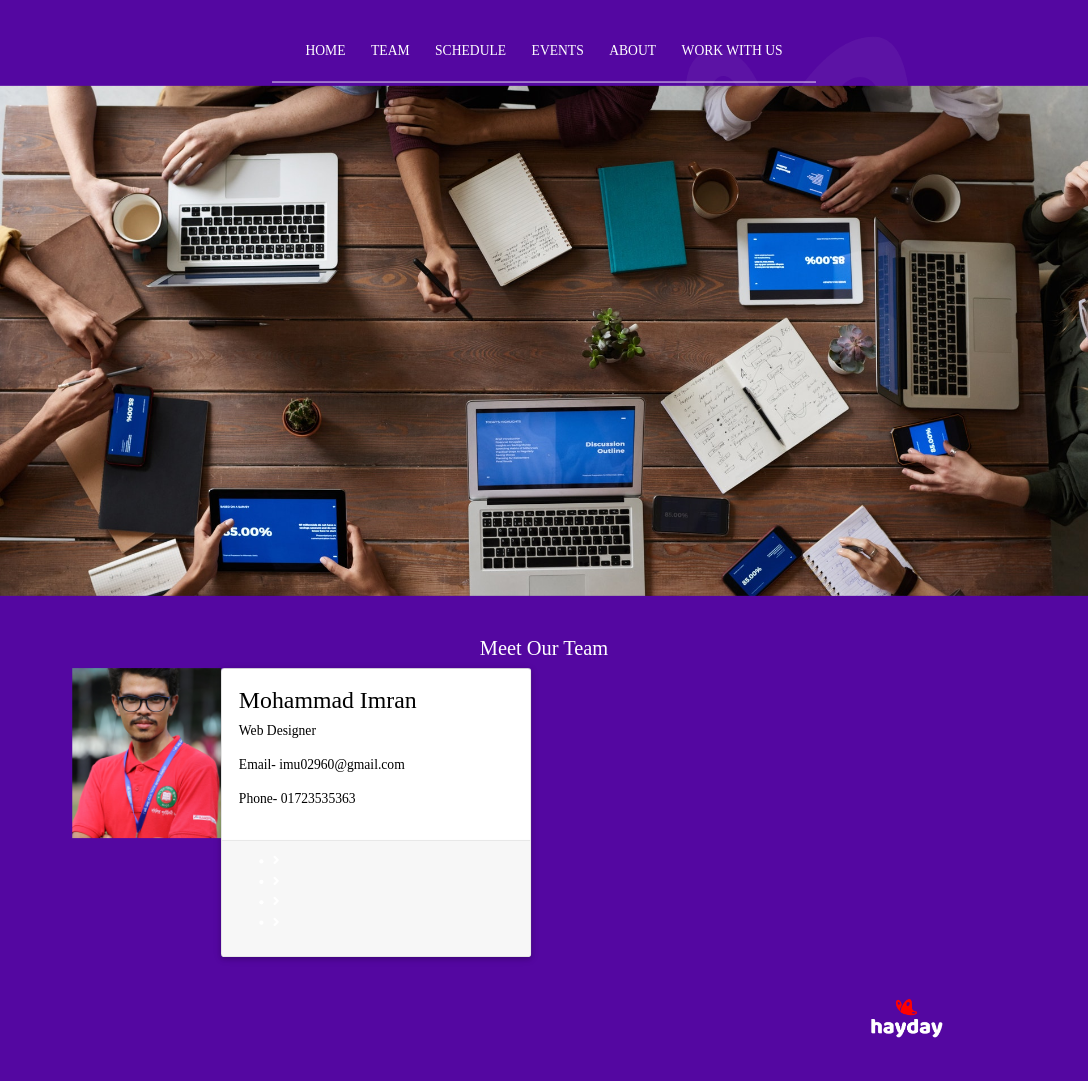
Repository: im1971/company-web
Page: team.html
These files come from the project's save history. The page is drawn as it stood at one moment and after the next save; the edit follows.
The browser window is 1280 px wide. The pictures show the whole page, at 85% of full size.
Some web fonts or font styles are not loaded; a fallback is used.

Above is the page before, as saved 2020-01-27 17:14:17.

### team.html
<!DOCTYPE html>
<html>

<head>
    <title>hayday</title>
    <link rel="shortcut icon" type="img/x-icon" href="img/fav.png" />
    <link rel="stylesheet" href="css/mdb.min.css">
    <link rel="stylesheet" href="css/bootstrap.min.css">
    <link rel="stylesheet" href="css/fontawesome.min.css">
    <link rel="stylesheet" href="css/all.min.css">
    <link rel="stylesheet" href="css/style.css">
    <!-- fonts -->
    <link href="https://fonts.googleapis.com/css?family=Baloo+Bhai&display=swap" rel="stylesheet">
    <!-- fonts -->

</head>

<body>

    <div class="wrap_hayday">
        <div class="back_img"></div>
        <div class="container-fluid">
            <div class="row justify-content-center pb-1">
                <div class="col-md-12">
                    <nav class="navbar navbar-expand-lg">
                        <button class="navbar-toggler" type="button" data-toggle="collapse" data-target="#navbarSupportedContent" aria-controls="navbarSupportedContent" aria-expanded="false" aria-label="Toggle navigation">
                          <span class="navbar-toggler-icon"></span>
                        </button>

                        <div class="collapse navbar-collapse" id="navbarSupportedContent">

                            <ul class="navbar-nav m-auto text-uppercase">
                                <li class="nav-item active">
                                    <a class="nav-link" href="index.html">Home</a>
                                </li>
                                <li class="nav-item">
                                    <a class="nav-link" href="team.html">Team</a>
                                </li>
                                <li class="nav-item">
                                    <a class="nav-link" href="#">SCHEDULE</a>
                                </li>
                                <li class="nav-item">
                                    <a class="nav-link" href="#">Events</a>
                                </li>
                                <li class="nav-item">
                                    <a class="nav-link" href="#">About</a>
                                </li>
                                <li class="nav-item">
                                    <a class="nav-link" href="workWithUs.html">Work With us</a>
                                </li>
                            </ul>
                        </div>
                    </nav>
                </div>
                <div class="col-md-6 border_deco pt-3"></div>
            </div>
            <div class="row justify-content-center team">
                <div class="col-md-12 grid">
                    <div class="team_image"></div>
                </div>
                <div class="col-md-12 mt-5">
                    <div class="container">
                        <h4 class="text-center">Meet Our Team</h4>
                        <div class="custom_border"></div>
                        <div class="row">
                            <div class="col-md-6">
                                <div class="row">
                                    <div class="col-md-4 pr-0">
                                        <!-- <img src="img/team/management/imran.jpg" alt=""> -->
                                        <div class="team_member_image"></div>
                                    </div>
                                    <div class="col-md-8 pl-0">
                                        <div class="card">
                                            <div class="card-body">
                                                <h3>Mohammad Imran</h3>
                                                <p>Web Designer</p>
                                                <p>Email- imu02960@gmail.com</p>
                                                <p>Phone- 01723535363</p>
                                            </div>
                                            <div class="card-footer">
                                                <ul>
                                                    <li><i class="fas fa-angle-right"></i></li>
                                                    <li><i class="fas fa-angle-right"></i></li>
                                                    <li><i class="fas fa-angle-right"></i></li>
                                                    <li><i class="fas fa-angle-right"></i></li>
                                                </ul>
                                            </div>
                                        </div>
                                    </div>
                                </div>
                            </div>
                        </div>
                    </div>
                </div>
            </div>
            <div class="row justify-content-end my-5">
                <div class="col-md-4 m-autp">
                    <div class="middle_body">
                        <div class="logo">
                            <img src="img/logo.png" alt="" style="height: 50px">
                        </div>
                        <!-- <p>Read about our Inspiration</p> -->
                    </div>
                </div>
            </div>
        </div>
    </div>
    </div>



    <!-- <script src="https://code.jquery.com/jquery-3.4.1.slim.min.js" integrity="sha384-J6qa4849blE2+poT4WnyKhv5vZF5SrPo0iEjwBvKU7imGFAV0wwj1yYfoRSJoZ+n" crossorigin="anonymous"></script>
    <script src="https://cdn.jsdelivr.net/npm/popper.js@1.16.0/dist/umd/popper.min.js" integrity="sha384-Q6E9RHvbIyZFJoft+2mJbHaEWldlvI9IOYy5n3zV9zzTtmI3UksdQRVvoxMfooAo" crossorigin="anonymous"></script>
    <script src="https://stackpath.bootstrapcdn.com/bootstrap/4.4.1/js/bootstrap.min.js" integrity="sha384-wfSDF2E50Y2D1uUdj0O3uMBJnjuUD4Ih7YwaYd1iqfktj0Uod8GCExl3Og8ifwB6" crossorigin="anonymous"></script> -->

    <script type="text/javascript" src="js/jquery.min.js"></script>
    <!-- Bootstrap tooltips -->
    <script type="text/javascript" src="js/popper.min.js"></script>
    <!-- Bootstrap core JavaScript -->
    <script type="text/javascript" src="js/bootstrap.min.js"></script>
    <!-- MDB core JavaScript -->
    <script type="text/javascript" src="js/mdb.min.js"></script>


</body>

</html>

### css/style.css
body {
    padding: 0;
    margin: 0;
    background: #5407A1 !important;
    color: #fff !important;
    font-family: 'Baloo Bhai', cursive;
    position: relative;
}


/* global */

html {
    overflow: scroll;
    overflow-x: hidden;
}

::-webkit-scrollbar {
    width: 0px;
    /* Remove scrollbar space */
    background: transparent;
    /* Optional: just make scrollbar invisible */
}


/* Optional: show position indicator in red */

::-webkit-scrollbar-thumb {
    background: #FF0000;
}


/* global */

.back_img {
    background-image: url(../img/back.png);
    height: 350px;
    width: 600px;
    position: absolute;
    background-position: center center;
    background-size: cover;
    opacity: 5%;
    /* top: 30%; */
    right: 0;
}


/* header */

.wrap_hayday .navbar {
    box-shadow: none;
}

.wrap_hayday .container-fluid {
    min-height: 100vh;
}

.wrap_hayday nav .nav-link {
    padding-right: 15px !important;
    padding-left: 15px !important;
    color: #fff;
    font-family: 'Baloo Bhai', cursive;
}

.wrap_hayday .border_deco {
    border-bottom: .25px solid #fff;
}

.wrap_hayday nav .nav-link:hover {
    color: #FF0000;
    transition-duration: 0.5s;
}

.wrap_hayday .navbar {
    padding: 40px;
    padding-bottom: 0;
}


/* header */


/* middle body */

.wrap_hayday .middle_body {
    text-align: center;
}

.wrap_hayday .middle_body .logo img {
    /* background-image: url(logo.png); */
    height: 100px;
}

.wrap_hayday .others_page_middle {
    text-align: center;
    position: absolute;
    right: 30px;
    bottom: 0;
}

.wrap_hayday .others_page_middle img {
    height: 70px;
}


/* middle body */


/* footer-body */

.myprogress {
    min-width: 100%;
    margin: 0px auto;
    text-align: center;
}

.myprogress .circle {
    display: inline-block;
    background: #fff;
    width: 50px;
    height: 50px;
    border-radius: 80px;
    border: 1px solid #d5d5da;
    cursor: pointer;
}

.myprogress .circle:hover {
    background: #FF0000;
    color: #5407A1;
    transition-duration: 0.5s;
}

.myprogress .bar {
    position: relative;
    width: 100px;
    padding-right: 15px;
    font-family: none;
    /* height: 2px; */
    /* top: 10px; */
    /* border: 0px solid #fff; */
}

.myprogress .circle .label {
    display: inline-block;
    width: 40px;
    height: 40px;
    line-height: 30px;
    border-radius: 40px;
    font-size: 24px;
}

.myprogress .circle .title {
    color: #5407A1;
    font-size: 24px;
    line-height: 50px;
    cursor: pointer;
}

.myprogress .circle .title:hover {
    color: #fff;
}

.myprogress i {
    font-size: 11px;
}

.myprogress .abc {
    animation: pulse 1s infinite;
    color: #FF0000;
}

.myprogress .pulse {
    -webkit-animation-duration: 3s;
    -webkit-animation-delay: 2s;
    -webkit-animation-iteration-count: 5;
}


/* footer-body */


/* about hayday */

.accordion .card-header {
    padding: 0;
    background: #5407A1;
    margin-bottom: 0;
}

.accordion .card-header .btn-link {
    color: #fff;
    padding: 0;
}

.accordion .card {
    border: none;
    border-radius: 0;
}

.accordion i {
    position: absolute;
    right: 10px;
    top: 5px;
}

.accordion p {
    color: #000;
    font-family: serif;
    font-size: 15px;
}

.accordion h4 {
    color: #000;
    font-family: serif;
    font-weight: 700 !important;
    font-size: 22px;
}


/* about hayday */


/* work with us */

.outreach table.table th,
table.table td {
    padding: 3px 20px;
    color: #fff;
    border: none;
    font-family: auto;
}


/* work with us */


/* team */

.team .team_image {
    background-image: url(../img/team/team-back.jpg);
    height: 600px;
    background-position: center center;
    background-size: cover;
}

.team .team_member_image {
    background-image: url(../img/team/management/imran.jpg);
    height: 200px;
    background-position: center center;
    background-size: cover;
}

.team .grid {
    padding-left: 0;
    padding-right: 0;
}

.team .card {
    width: 100%;
}

.team .card-body {
    color: black;
    font-style: auto;
}


/* team */

.sponsor_footer p {
    font-family: auto;
    font-size: 14px;
}

.sponsor_footer p b {
    color: #FF0000;
}

Loaded but not shown: css/mdb.min.css (library); css/bootstrap.min.css (library); css/fontawesome.min.css (library); css/all.min.css (library); js/jquery.min.js (library); js/popper.min.js (library); js/bootstrap.min.js (library); js/mdb.min.js (library)

After the next save:
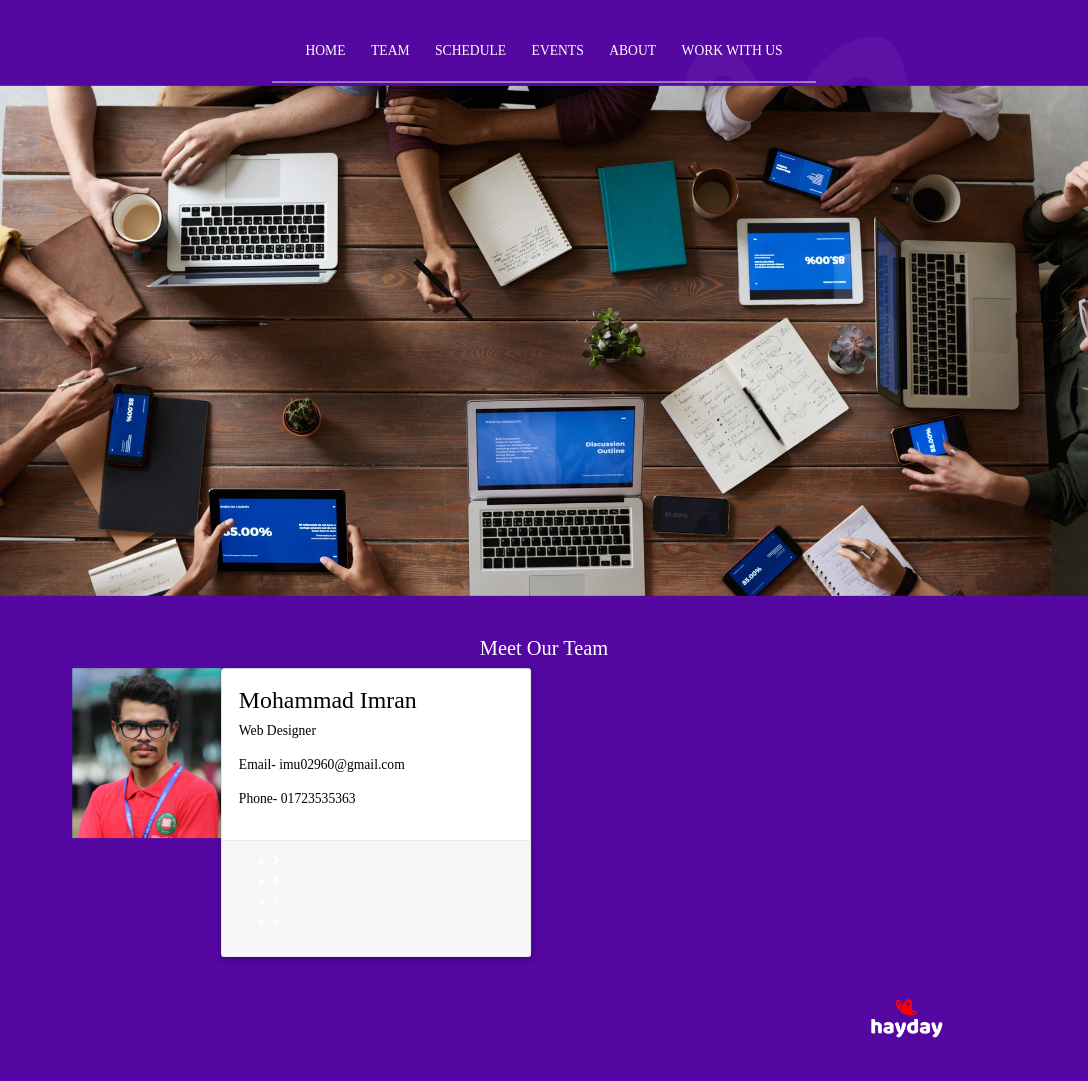
Saved 29 s later.
--- a/css/style.css
+++ b/css/style.css
@@ -246,7 +246,7 @@ table.table td {
 .team .team_member_image {
     background-image: url(../img/team/management/imran.jpg);
     height: 200px;
-    background-position: center center;
+    /* background-position: center center; */
     background-size: cover;
 }
 
@@ -256,7 +256,7 @@ table.table td {
 }
 
 .team .card {
-    width: 100%;
+    /* width: 100%; */
 }
 
 .team .card-body {
